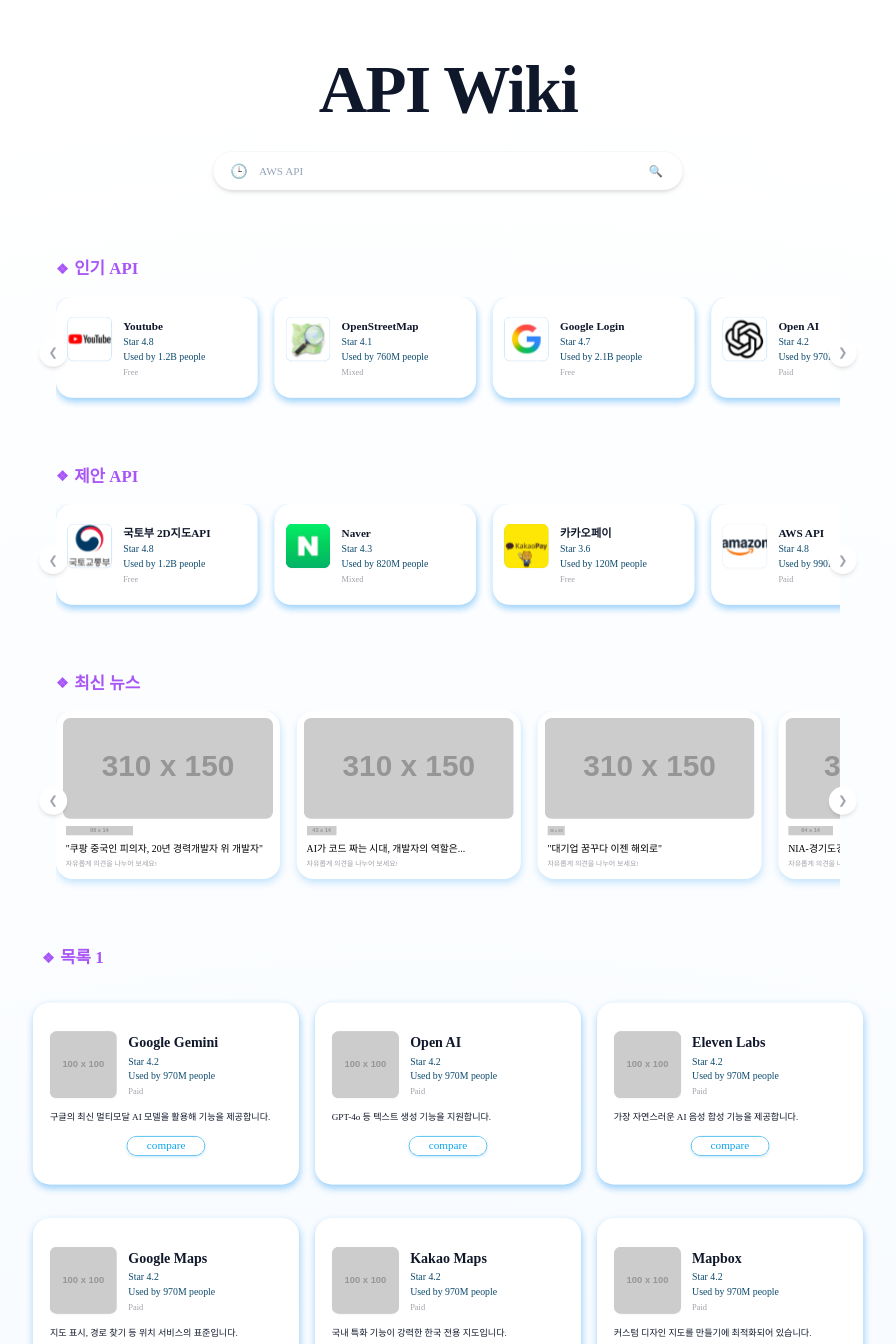
Repository: umc-apiwiki/FE_v1
Page: /
The author's editor kept a copy of each file at every save. The page is drawn from the files as they stood at one save, then again after the next save.
The browser window is 1280 px wide. The pictures show the part of the page from y = 0 to 1920 px (the page is 8511 px tall before and 8527 px after), at 70% of full size.
The project was rebuilt for these pictures with package versions that can differ from the ones it lists, and the page was loaded fresh each time. Also part of the build but not shown: vite.config.ts.

Above is the page before, as saved 2026-01-17 20:21:06.

After the next save:
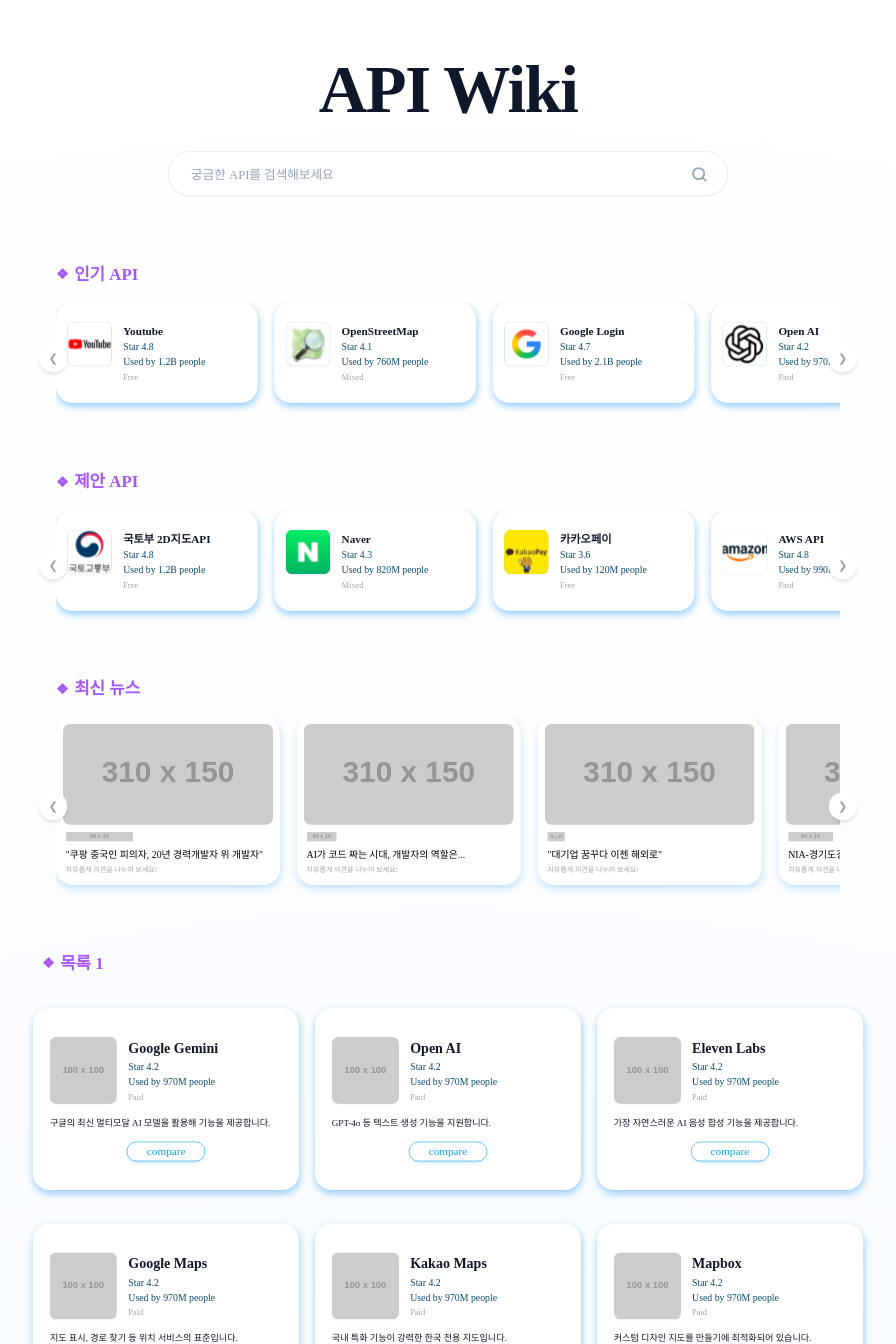
Saved 2 min 18 s later.
--- a/src/components/SearchBar.tsx
+++ b/src/components/SearchBar.tsx
@@ -4,15 +4,16 @@
   const [isOpen, setIsOpen] = useState(false);
   const containerRef = useRef<HTMLDivElement>(null);
 
-  // 4개의 검색어 리스트
-  const searchTerms = [
-    'AWS API',
-    '네이버지도 API',
-    '강아지 앱 API',
-    '게임 앱 API',
+  // 영상과 동일한 검색어 예시 데이터
+  const recentSearches = [
+    { id: 1, text: '지도' },
+    { id: 2, text: '카카오' },
+    { id: 3, text: '이메일' },
+    { id: 4, text: '음식' },
+    { id: 5, text: '영오' }, // 영상 속 텍스트 반영
   ];
 
-  // 검색바 외부를 클릭했을 때 닫히게 하는 기능
+  // 외부 클릭 시 닫기
   useEffect(() => {
     function handleClickOutside(event: MouseEvent) {
       if (
@@ -29,67 +30,102 @@
   }, []);
 
   return (
-    // 1. 컨테이너: absolute를 제거하고 높이(max-h) 애니메이션을 적용
     <div
       ref={containerRef}
-      className={`relative w-full max-w-2xl bg-white border shadow-md transition-all duration-500 ease-in-out overflow-hidden z-20
+      className={`
+        w-full max-w-[800px] bg-white border transition-all duration-300 ease-[cubic-bezier(0.25,0.1,0.25,1.0)] overflow-hidden relative z-20
         ${
           isOpen
-            ? 'border-sky-500 rounded-[30px] max-h-[400px] shadow-lg' // 열렸을 때: 파란 테두리, 높이 증가, 둥글기 변경
-            : 'border-gray-100 rounded-full max-h-14' // 닫혔을 때: 회색 테두리, 높이 고정(56px)
+            ? 'border-sky-500 rounded-[30px] shadow-[0_10px_40px_-15px_rgba(0,0,0,0.1)] h-[420px]'
+            : 'border-gray-200 rounded-full shadow-sm h-[64px]'
         }
       `}
     >
-      {/* 2. 상단 검색 입력창 영역 */}
-      <div className="relative h-14 flex items-center px-6">
-        {/* 아이콘 (왼쪽) */}
-        <span className="text-xl mr-4">🕒</span>
-
+      {/* 1. 상단 입력창 영역 */}
+      <div className="h-[64px] w-full flex items-center px-8 relative">
         <input
           type="text"
-          className="w-full h-full text-slate-900 outline-none placeholder:text-slate-400 bg-transparent"
-          placeholder={isOpen ? '' : 'AWS API'} // 열리면 placeholder 숨김(선택사항)
-          onFocus={() => setIsOpen(true)} // 포커스 되면 열림
+          className="w-full h-full text-lg text-slate-800 placeholder:text-slate-400 outline-none bg-transparent"
+          placeholder="궁금한 API를 검색해보세요"
+          onFocus={() => setIsOpen(true)}
         />
 
-        {/* 돋보기 아이콘 (오른쪽) */}
-        <div className="w-8 h-8 flex items-center justify-center">
-          {/* 필요시 svg 아이콘으로 교체 가능 */}
-          <span className="text-slate-400">🔍</span>
+        {/* 우측 돋보기 아이콘 (SVG) */}
+        <div className="absolute right-6 top-1/2 -translate-y-1/2 w-8 h-8 flex items-center justify-center pointer-events-none">
+          <svg
+            width="24"
+            height="24"
+            viewBox="0 0 24 24"
+            fill="none"
+            stroke="currentColor"
+            strokeWidth="2.5"
+            strokeLinecap="round"
+            strokeLinejoin="round"
+            className={`transition-colors duration-300 ${
+              isOpen ? 'text-sky-500' : 'text-slate-400'
+            }`}
+          >
+            <circle cx="11" cy="11" r="8" />
+            <line x1="21" y1="21" x2="16.65" y2="16.65" />
+          </svg>
         </div>
       </div>
 
-      {/* 3. 하단 검색 기록 영역 (열렸을 때만 보임) */}
+      {/* 2. 하단 검색 기록 영역 (높이 애니메이션과 함께 나타남) */}
       <div
-        className={`px-4 pb-4 ${
-          isOpen ? 'opacity-100' : 'opacity-0'
-        } transition-opacity duration-300`}
+        className={`px-8 pb-6 transition-opacity duration-300 ${
+          isOpen ? 'opacity-100 delay-100' : 'opacity-0'
+        }`}
       >
-        {/* 구분선 */}
-        <div className="h-[1px] bg-slate-100 mx-2 mb-2"></div>
-
-        <div className="flex justify-between items-center px-2 mb-2">
-          <span className="text-xs text-slate-400 font-medium">Recent</span>
-          <button className="text-xs text-slate-400 hover:text-slate-600">
+        {/* 헤더: Recent / 모두 지우기 */}
+        <div className="flex justify-between items-center mt-2 mb-4">
+          <span className="text-sky-500 font-semibold text-sm">Recent</span>
+          <button className="text-slate-400 text-xs hover:text-slate-600 transition-colors">
             모두 지우기
           </button>
         </div>
 
         {/* 리스트 아이템들 */}
-        <div className="flex flex-col">
-          {searchTerms.map((term, index) => (
+        <div className="flex flex-col gap-1">
+          {recentSearches.map((item) => (
             <div
-              key={index}
-              className="px-4 py-3 flex items-center justify-between hover:bg-sky-50 rounded-xl cursor-pointer transition-colors group/item"
+              key={item.id}
+              className="flex items-center justify-between py-3 px-2 -mx-2 hover:bg-slate-50 rounded-xl cursor-pointer group/item transition-colors"
             >
               <div className="flex items-center gap-3">
-                <span className="text-slate-400 text-sm">🕒</span>
-                <span className="text-slate-700 font-medium text-sm">
-                  {term}
-                </span>
+                {/* 시계 아이콘 */}
+                <svg
+                  width="18"
+                  height="18"
+                  viewBox="0 0 24 24"
+                  fill="none"
+                  stroke="currentColor"
+                  strokeWidth="2"
+                  strokeLinecap="round"
+                  strokeLinejoin="round"
+                  className="text-slate-400"
+                >
+                  <circle cx="12" cy="12" r="10" />
+                  <polyline points="12 6 12 12 16 14" />
+                </svg>
+                <span className="text-slate-700 text-base">{item.text}</span>
               </div>
-              <button className="text-slate-400 text-xs hover:text-red-500 opacity-0 group-hover/item:opacity-100 transition-opacity">
-                ✕
+
+              {/* 삭제(X) 버튼 - 호버 시 표시 */}
+              <button className="text-slate-300 hover:text-red-500 opacity-0 group-hover/item:opacity-100 transition-all p-1">
+                <svg
+                  width="16"
+                  height="16"
+                  viewBox="0 0 24 24"
+                  fill="none"
+                  stroke="currentColor"
+                  strokeWidth="2"
+                  strokeLinecap="round"
+                  strokeLinejoin="round"
+                >
+                  <line x1="18" y1="6" x2="6" y2="18" />
+                  <line x1="6" y1="6" x2="18" y2="18" />
+                </svg>
               </button>
             </div>
           ))}

After the save that followed:
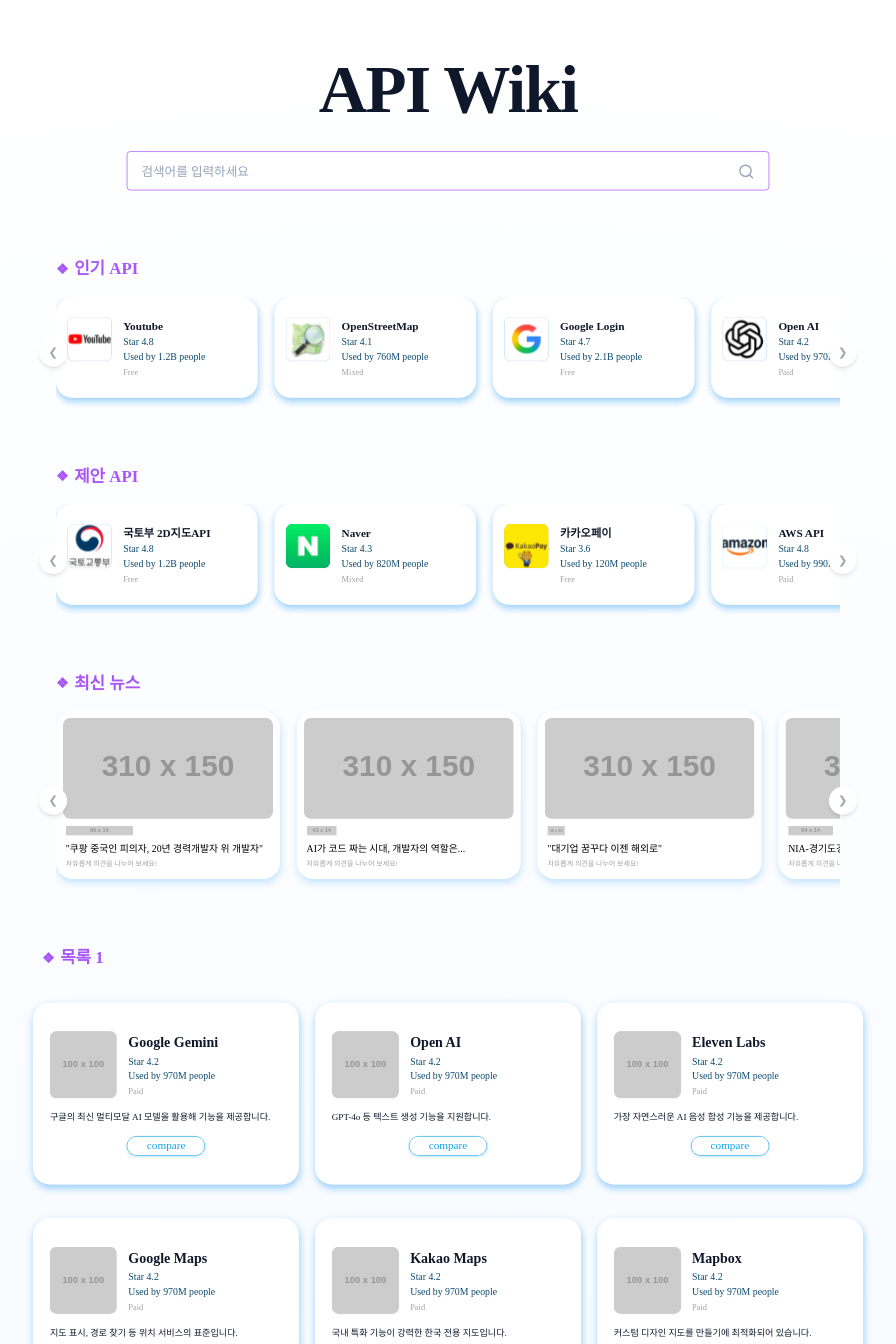
Saved 6 min 0 s later.
--- a/src/components/SearchBar.tsx
+++ b/src/components/SearchBar.tsx
@@ -4,13 +4,12 @@
   const [isOpen, setIsOpen] = useState(false);
   const containerRef = useRef<HTMLDivElement>(null);
 
-  // 영상과 동일한 검색어 예시 데이터
+  // 보내주신 4가지 검색어 데이터
   const recentSearches = [
-    { id: 1, text: '지도' },
-    { id: 2, text: '카카오' },
-    { id: 3, text: '이메일' },
-    { id: 4, text: '음식' },
-    { id: 5, text: '영오' }, // 영상 속 텍스트 반영
+    'AWS API',
+    '네이버지도 API',
+    '강아지 앱 API',
+    '게임 앱 API',
   ];
 
   // 외부 클릭 시 닫기
@@ -33,37 +32,35 @@
     <div
       ref={containerRef}
       className={`
-        w-full max-w-[800px] bg-white border transition-all duration-300 ease-[cubic-bezier(0.25,0.1,0.25,1.0)] overflow-hidden relative z-20
+        relative w-full max-w-[918px] bg-white border box-border overflow-hidden transition-all duration-300 ease-in-out z-50
         ${
           isOpen
-            ? 'border-sky-500 rounded-[30px] shadow-[0_10px_40px_-15px_rgba(0,0,0,0.1)] h-[420px]'
-            : 'border-gray-200 rounded-full shadow-sm h-[64px]'
+            ? 'border-purple-500 rounded-[30px] h-[340px] shadow-lg' // 열렸을 때: 보라색 테두리, 높이 커짐
+            : 'border-purple-500 rounded-[5px] h-14' // 닫혔을 때: 기본 높이
         }
       `}
     >
-      {/* 1. 상단 입력창 영역 */}
-      <div className="h-[64px] w-full flex items-center px-8 relative">
+      {/* 1. 상단 입력창 */}
+      <div className="h-14 w-full flex items-center px-[20px] relative shrink-0">
         <input
           type="text"
-          className="w-full h-full text-lg text-slate-800 placeholder:text-slate-400 outline-none bg-transparent"
-          placeholder="궁금한 API를 검색해보세요"
+          className="w-full h-full text-lg text-slate-900 font-medium placeholder:text-slate-400 outline-none bg-transparent"
+          placeholder="검색어를 입력하세요" // 필요 시 변경하세요
           onFocus={() => setIsOpen(true)}
         />
 
-        {/* 우측 돋보기 아이콘 (SVG) */}
-        <div className="absolute right-6 top-1/2 -translate-y-1/2 w-8 h-8 flex items-center justify-center pointer-events-none">
+        {/* 돋보기 아이콘 (우측) */}
+        <div className="absolute right-[20px] top-1/2 -translate-y-1/2 w-6 h-6 flex items-center justify-center">
           <svg
             width="24"
             height="24"
             viewBox="0 0 24 24"
             fill="none"
             stroke="currentColor"
-            strokeWidth="2.5"
+            strokeWidth="2"
             strokeLinecap="round"
             strokeLinejoin="round"
-            className={`transition-colors duration-300 ${
-              isOpen ? 'text-sky-500' : 'text-slate-400'
-            }`}
+            className="text-slate-400"
           >
             <circle cx="11" cy="11" r="8" />
             <line x1="21" y1="21" x2="16.65" y2="16.65" />
@@ -71,65 +68,39 @@
         </div>
       </div>
 
-      {/* 2. 하단 검색 기록 영역 (높이 애니메이션과 함께 나타남) */}
+      {/* 2. 하단 검색 기록 리스트 (보내주신 디자인 적용됨) */}
       <div
-        className={`px-8 pb-6 transition-opacity duration-300 ${
-          isOpen ? 'opacity-100 delay-100' : 'opacity-0'
+        className={`px-[20px] pt-2 pb-4 flex flex-col gap-1 transition-opacity duration-300 ${
+          isOpen ? 'opacity-100' : 'opacity-0'
         }`}
       >
-        {/* 헤더: Recent / 모두 지우기 */}
-        <div className="flex justify-between items-center mt-2 mb-4">
-          <span className="text-sky-500 font-semibold text-sm">Recent</span>
-          <button className="text-slate-400 text-xs hover:text-slate-600 transition-colors">
-            모두 지우기
-          </button>
-        </div>
+        {/* 리스트 아이템 반복 (Map 사용) */}
+        {recentSearches.map((text, index) => (
+          <div
+            key={index}
+            className="group relative w-full h-14 flex items-center px-[40px] cursor-pointer transition-all duration-200
+            hover:bg-sky-500/10 hover:rounded-tr-3xl hover:rounded-br-3xl" // 여기가 핵심: 마우스 올리면 하늘색 배경 + 오른쪽만 둥글게
+          >
+            {/* 시계 아이콘 (왼쪽) */}
+            <div className="absolute left-0 w-6 h-6 flex items-center justify-center">
+              <div className="w-5 h-4 bg-black/20" />{' '}
+              {/* 보내주신 네모 아이콘 대신 실제 아이콘 넣으려면 아래 주석 해제 */}
+              {/* <svg width="20" height="20" ... >시계 아이콘 svg</svg> */}
+            </div>
 
-        {/* 리스트 아이템들 */}
-        <div className="flex flex-col gap-1">
-          {recentSearches.map((item) => (
-            <div
-              key={item.id}
-              className="flex items-center justify-between py-3 px-2 -mx-2 hover:bg-slate-50 rounded-xl cursor-pointer group/item transition-colors"
-            >
-              <div className="flex items-center gap-3">
-                {/* 시계 아이콘 */}
-                <svg
-                  width="18"
-                  height="18"
-                  viewBox="0 0 24 24"
-                  fill="none"
-                  stroke="currentColor"
-                  strokeWidth="2"
-                  strokeLinecap="round"
-                  strokeLinejoin="round"
-                  className="text-slate-400"
-                >
-                  <circle cx="12" cy="12" r="10" />
-                  <polyline points="12 6 12 12 16 14" />
-                </svg>
-                <span className="text-slate-700 text-base">{item.text}</span>
-              </div>
+            {/* 텍스트 */}
+            <span className="text-slate-900 text-lg font-medium font-['Pretendard_Variable']">
+              {text}
+            </span>
 
-              {/* 삭제(X) 버튼 - 호버 시 표시 */}
-              <button className="text-slate-300 hover:text-red-500 opacity-0 group-hover/item:opacity-100 transition-all p-1">
-                <svg
-                  width="16"
-                  height="16"
-                  viewBox="0 0 24 24"
-                  fill="none"
-                  stroke="currentColor"
-                  strokeWidth="2"
-                  strokeLinecap="round"
-                  strokeLinejoin="round"
-                >
-                  <line x1="18" y1="6" x2="6" y2="18" />
-                  <line x1="6" y1="6" x2="18" y2="18" />
-                </svg>
-              </button>
+            {/* X 버튼 (오른쪽) - 평소엔 숨김(opacity-0), 마우스 올리면 보임(opacity-100) */}
+            <div className="absolute right-4 w-6 h-6 flex items-center justify-center opacity-0 group-hover:opacity-100 transition-opacity">
+              <div className="w-5 h-5 bg-black/20" />{' '}
+              {/* 보내주신 네모 아이콘 대신 실제 아이콘 넣으려면 아래 주석 해제 */}
+              {/* <svg width="20" height="20" ... >X 아이콘 svg</svg> */}
             </div>
-          ))}
-        </div>
+          </div>
+        ))}
       </div>
     </div>
   );
